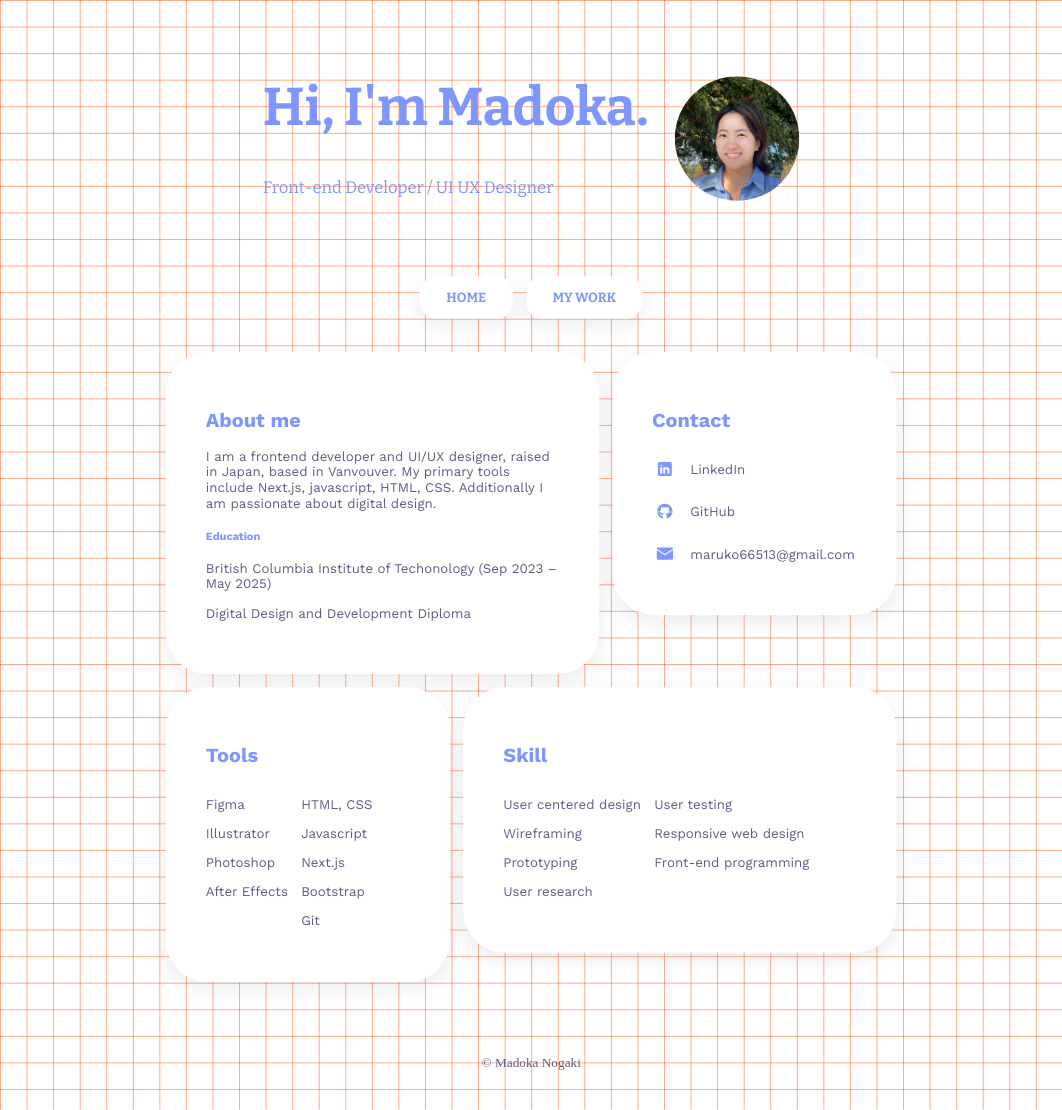
Repository: ohmaruko/portfolio
Page: /
The author's editor kept a copy of each file at every save. The page is drawn from the files as they stood at one save, then again after a run of saves.
The browser window is 1280 px wide. The pictures show the whole page, at 83% of full size.
The project was rebuilt for these pictures with package versions that can differ from the ones it lists, and the page was loaded fresh each time. The framework's server and built-in components were replaced by stand-ins that run in the browser. Also part of the build but not shown: next.config.mjs.

Above is the page before, as saved 2024-02-19 00:11:54.

### pages/index.js

import styles from '../styles/Home.module.css'
import Header from '@/components/Header'
import Footer from '@/components/Footer'
import Box from '@/components/Box'
import { Open_Sans } from 'next/font/google'
import { Bitter } from 'next/font/google'
import { Work_Sans } from 'next/font/google'

const openSans = Open_Sans ({subsets: ['latin']})
const bitter = Bitter ({subsets: ['latin']})
const workSans = Work_Sans ({subsets: ['latin']})

export default function Home() {
  return (
    <>

      <head>
        <title>Madoka Nogaki Portfolio</title>
        <meta name="description" content="Portfolio page" />
        <meta name="viewport" content="width=device-width, initial-scale=1" />
        <link rel="icon" href="/favicon.ico" />
      </head>

      <div className={styles.container}>
        <Header className={styles.header}/>

        <main  className={`${styles.outerContainer}, ${workSans.className}`}>
          <div className={styles.outerContainer}>
              <div className={styles.box1}>
                <Box title="About me" content={
                  <div>
                    <p>
                    I am a frontend developer and UI/UX designer, raised in Japan, based in Vanvouver.
                    My primary tools include Next.js, javascript, HTML, CSS.
                    Additionally I am passionate about digital design.</p>
                    <h5>Education</h5>
                    <p>British Columbia Institute of Techonology (Sep 2023 – May 2025)</p>
                    <p>Digital Design and Development Diploma</p>
                  </div>
                }/>
              </div>
              <div className={styles.box2}>
                <Box
                  title="Contact"
                  content={
                    <>
                      <div>
                        <a href='https://www.linkedin.com/in/madoka-nogaki-a0b130296/' className={styles.link}>
                          <svg className={styles.logo} xmlns="http://www.w3.org/2000/svg" x="0px" y="0px" width="20" height="20" viewBox="0 0 50 50">
                            <path d="M41,4H9C6.24,4,4,6.24,4,9v32c0,2.76,2.24,5,5,5h32c2.76,0,5-2.24,5-5V9C46,6.24,43.76,4,41,4z M17,20v19h-6V20H17z M11,14.47c0-1.4,1.2-2.47,3-2.47s2.93,1.07,3,2.47c0,1.4-1.12,2.53-3,2.53C12.2,17,11,15.87,11,14.47z M39,39h-6c0,0,0-9.26,0-10 c0-2-1-4-3.5-4.04h-0.08C27,24.96,26,27.02,26,29c0,0.91,0,10,0,10h-6V20h6v2.56c0,0,1.93-2.56,5.81-2.56 c3.97,0,7.19,2.73,7.19,8.26V39z"></path>
                          </svg>
                          <p>LinkedIn</p>
                        </a>
                      </div>
                      <div>
                        <a href='https://github.com/ohmaruko' className={styles.link}>
                          <svg className={styles.logo} xmlns="http://www.w3.org/2000/svg" x="0px" y="0px" width="20" height="20" viewBox="0 0 50 50">
                            <path d="M17.791,46.836C18.502,46.53,19,45.823,19,45v-5.4c0-0.197,0.016-0.402,0.041-0.61C19.027,38.994,19.014,38.997,19,39 c0,0-3,0-3.6,0c-1.5,0-2.8-0.6-3.4-1.8c-0.7-1.3-1-3.5-2.8-4.7C8.9,32.3,9.1,32,9.7,32c0.6,0.1,1.9,0.9,2.7,2c0.9,1.1,1.8,2,3.4,2 c2.487,0,3.82-0.125,4.622-0.555C21.356,34.056,22.649,33,24,33v-0.025c-5.668-0.182-9.289-2.066-10.975-4.975 c-3.665,0.042-6.856,0.405-8.677,0.707c-0.058-0.327-0.108-0.656-0.151-0.987c1.797-0.296,4.843-0.647,8.345-0.714 c-0.112-0.276-0.209-0.559-0.291-0.849c-3.511-0.178-6.541-0.039-8.187,0.097c-0.02-0.332-0.047-0.663-0.051-0.999 c1.649-0.135,4.597-0.27,8.018-0.111c-0.079-0.5-0.13-1.011-0.13-1.543c0-1.7,0.6-3.5,1.7-5c-0.5-1.7-1.2-5.3,0.2-6.6 c2.7,0,4.6,1.3,5.5,2.1C21,13.4,22.9,13,25,13s4,0.4,5.6,1.1c0.9-0.8,2.8-2.1,5.5-2.1c1.5,1.4,0.7,5,0.2,6.6c1.1,1.5,1.7,3.2,1.6,5 c0,0.484-0.045,0.951-0.11,1.409c3.499-0.172,6.527-0.034,8.204,0.102c-0.002,0.337-0.033,0.666-0.051,0.999 c-1.671-0.138-4.775-0.28-8.359-0.089c-0.089,0.336-0.197,0.663-0.325,0.98c3.546,0.046,6.665,0.389,8.548,0.689 c-0.043,0.332-0.093,0.661-0.151,0.987c-1.912-0.306-5.171-0.664-8.879-0.682C35.112,30.873,31.557,32.75,26,32.969V33 c2.6,0,5,3.9,5,6.6V45c0,0.823,0.498,1.53,1.209,1.836C41.37,43.804,48,35.164,48,25C48,12.318,37.683,2,25,2S2,12.318,2,25 C2,35.164,8.63,43.804,17.791,46.836z"></path>
                          </svg>
                          <p>GitHub</p>
                        </a>
                      </div>
                      <div>
                        <div href='' className={styles.link}>
                          <svg className={styles.logo} xmlns="http://www.w3.org/2000/svg" viewBox="0 0 128 96" id="email" width="20" height="20"><g data-name="Layer 2">
                            <path d="M0 11.283V8a8 8 0 0 1 8-8h112a8 8 0 0 1 8 8v3.283l-64 40zm66.12 48.11a4.004 4.004 0 0 1-4.24 0L0 20.717V88a8 8 0 0 0 8 8h112a8 8 0 0 0 8-8V20.717z">
                            </path></g>
                          </svg>
                          <p>maruko66513@gmail.com</p>
                        </div>
                      </div>
                    </>
                  }
                />
              </div>
              <div className={styles.box2}>
                  <Box title="Tools" content={
                    <div className={styles.skill}>
                      <div>
                        <p>Figma</p>
                        <p>Illustrator</p>
                        <p>Photoshop</p>
                        <p>After Effects</p>
                        </div>
                      <div>
                        <p>HTML, CSS</p>
                        <p>Javascript</p>
                        <p>Next.js</p>
                        <p>Bootstrap</p>
                        <p>Git</p>
                      </div>
                    </div>
                  }/>
                </div>
              <div className={styles.box1}>
                 <Box title="Skill" content={
                  <div className={styles.skill}>
                    <div>
                      <p>User centered design</p>
                      <p>Wireframing</p>
                      <p>Prototyping</p>
                      <p>User research</p>
                    </div>
                    <div>
                      <p>User testing</p>
                      <p>Responsive web design</p>
                      <p>Front-end programming</p>
                    </div>
                  </div>
                 }/>
              </div>
          </div>
        </main>

        <div className={styles.footer}>
          <Footer />
        </div>
      </div>

    </>
  )
}

### styles/globals.css
:root {
  --orange: #FF5714;
  --light-orange: rgba(255, 87, 20, 0.5);
  --blue: #7F96FF;
  --white: #fff;
  --light-yellow: #FFF6E5;
  --text: #5e5e83;
  color: var(--blue);
}

body {
  margin: 0;
  background-image:
    linear-gradient(to right, var(--light-orange) 1px, transparent 1px),
    linear-gradient(to bottom, var(--light-orange) 1px, transparent 1px);
  background-size: 2em 2em;
  background-color: var(--white);
}
h1 {
  font-size: 64px;
}
h2 {
  font-size: 24px;
}
h6 {
  font-size: 20px;
}
p {
  color: var(--text);
  font-size: 16px;
}
@media (max-width: 820px){
  h1 {
    font-size: 36px;
  }
  h2 {
    font-size: 20px;
  }
  h6 {
    font-size: 16px;
  }
  p {
    font-size: 14px;
  }
}

### styles/Home.module.css
.container {
  display: flex;
  flex-direction: column;
  align-items: center;
  min-height: 100vh;
  width: 100%;
}
/* .header {
  width: 70%;
} */
.outerContainer {
  display: flex;
  flex-wrap: wrap;
  width: 70%;
  justify-content: center;
  margin: 2em auto;
}
.box1 {
  width: 60%;
}
.box2 {
  width: 40%;
}
.link {
  text-decoration: none;
  color: var(--text);
  display: flex;
  align-items: center;
  gap: 1rem;
}
.logo {
  fill: var(--blue);
  padding: 5px;
  border-radius: 10px;
}
.link:hover .logo{
  background-color: var(--blue);
  fill: var(--white);
}
.skill {
  display: flex;
  gap: 1rem;
}
.footer {
  margin: 2rem;
}
.works {
  margin: 2rem;
  width: 70%;
  display: flex;
  flex-wrap: wrap;
  justify-content: center;
}
.donuts {
  width: 70%;
}
.ads {
  display: flex;
  flex-wrap: wrap;
  justify-content: center;
  gap: 1rem;
}
.logoContainer {
  display: flex;
  flex-direction: column;
}
.logoInner{
  display: flex;
  justify-content: space-evenly;
}
.film {
  width: 70%;
}
.film a{
  text-decoration: none;
  color: var(--blue);
}
.filmAdsContainer {
  display: flex;
  flex-wrap: wrap;
  justify-content: center;
}
.filmAds {
  width: 500px;
  height: 500px;
  position: relative;
}
.meditation {
  width: 70%;
}
.heart {
  width: 200px;
  height: 200px;
  position: relative;
  margin: 0 auto;
}
.meditation video {
  width: 100%;
  height: auto;
}

/* mobile */
@media (max-width: 820px){
  .box1 {
    flex-basis: 100%;
  }
  .box2 {
    flex-basis: 100%;
  }
  .outerContainer {
    width: 90%;
  }
  .donuts {
    width: 90%;
  }
  .hair {
    width: 90%;
  }
  .film {
    width: 90%;
  }
  .filmAds {
    width: 250px;
    height: 250px;
  }
  .meditation {
    width: 90%;
  }
}

### components/Header/index.js
import styles from './Header.module.css'
import Image from 'next/image'
import Link from 'next/link'
import { Bitter } from 'next/font/google'
import { Work_Sans } from 'next/font/google'
const bitter = Bitter ({subsets: ['latin']})

export default function Header() {
    return (
        <header className={`${styles.header}, ${bitter.className}`}>
            <div className={styles.banner}>
                <div>
                    <h1>Hi, I'm Madoka.</h1>
                    <h6 style={{fontWeight: 400}}>Front-end Developer / UI UX Designer</h6>
                </div>
                <Image src="/images/profile.png" alt="profile image" width={150} height={150} className={styles.img} />
            </div>
            <div className={styles.menu}>
                <Link href='/'>HOME</Link>
                <Link href='/works'>MY WORK</Link>
            </div>
        </header>

    )
}

### components/Footer/index.js
import styles from "./Footer.module.css"

export default function Footer() {
    return (
        <>
            <p>&copy; Madoka Nogaki</p>
        </>
    )
}

### components/Box/index.js
import styles from "./Box.module.css"

export default function Box({
    title,
    content,
}) {
    return (
        <div className={styles.box} style={{}}>
            <h2 style={{color: "var(--blue)"}}>{title}</h2>
            {content}
        </div>
    )
}

### components/Header/Header.module.css
.header {
    width: 100%;
}
.banner {
    font-size: 2em;
    color: var(--blue);
    display: flex;
    justify-content: center;
    align-items: center;
    gap: 2rem;
    margin: 3rem 0;
}
.img {
    border-radius: 50%;
}
.menu {
    display: flex;
    justify-content: center;
    gap: 1rem;
}
.menu a {
    text-decoration: none;
    color: var(--blue);
    font-weight: bold;
    background-color: var(--white);
    box-shadow: rgba(149, 157, 165, 0.2) 0px 8px 24px;
    border-radius: 20px;
    padding: 1rem 2rem;
}
.menu a:hover {
    background-color: var(--blue);
    color: var(--white);
}

@media (max-width: 820px){
    .banner{
        display: flex;
        flex-direction: column;
        margin: 2rem 1rem;
        text-align: center;
        gap: 0;
    }
}

### components/Box/Box.module.css
.box {
    background-color: var(--white);
    padding: 3em;
    margin: 0.5em;
    border-radius: 50px;
    box-shadow: rgba(149, 157, 165, 0.2) 0px 8px 24px;
}

Loaded but not shown: pages/_app.js (common file); pages/_document.js (common file); components/Footer/Footer.module.css (no stored copy; drawn as an empty file)

After the next 4 saves:
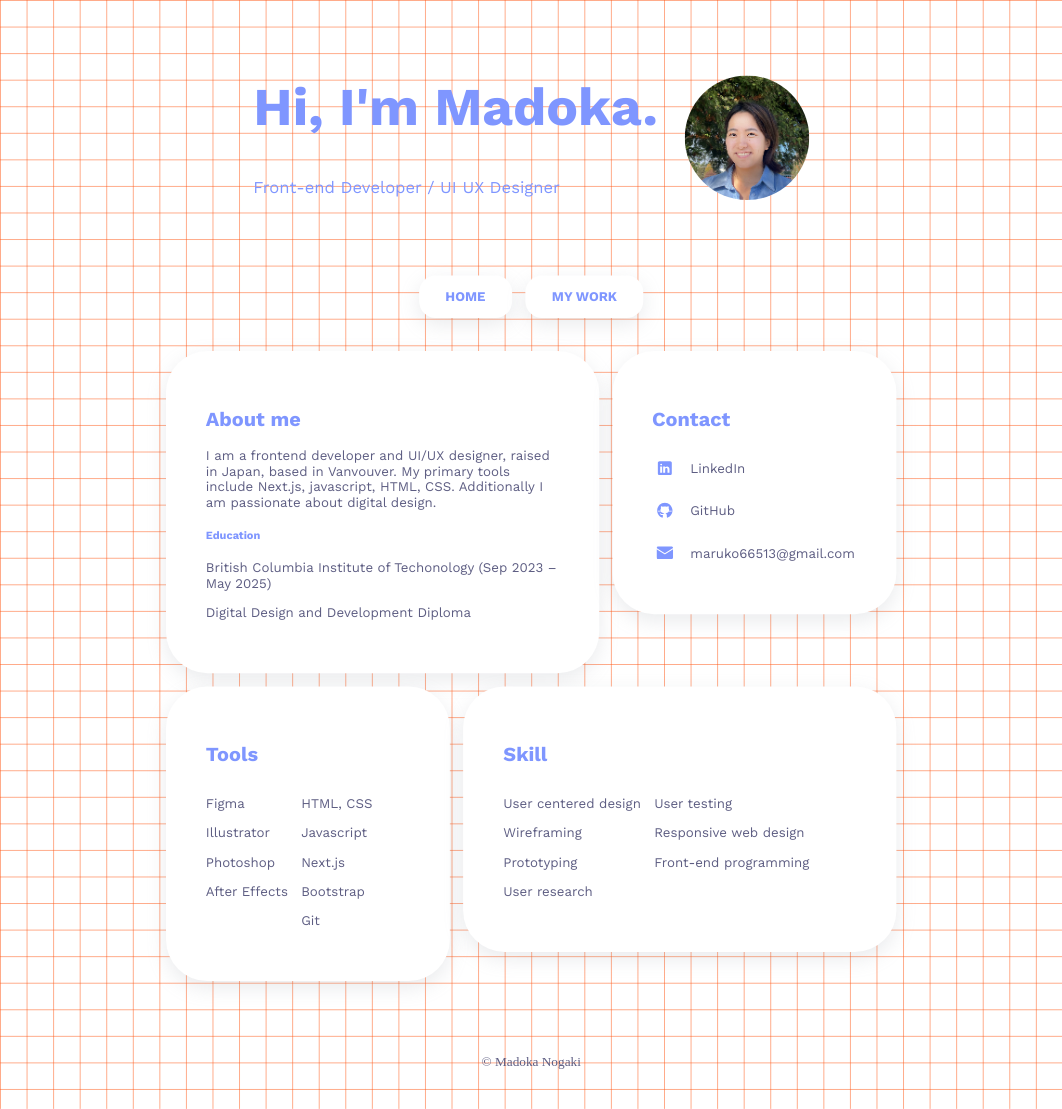
The 4 saves are shown as one change because 1 did not build or start and some came seconds apart.
The last was saved 14 s later.
--- a/components/Header/index.js
+++ b/components/Header/index.js
@@ -3,11 +3,11 @@
 import Link from 'next/link'
 import { Bitter } from 'next/font/google'
 import { Work_Sans } from 'next/font/google'
-const bitter = Bitter ({subsets: ['latin']})
+const workSans = Work_Sans ({subsets: ['latin']})
 
 export default function Header() {
     return (
-        <header className={`${styles.header}, ${bitter.className}`}>
+        <header className={`${styles.header}, ${workSans.className}`}>
             <div className={styles.banner}>
                 <div>
                     <h1>Hi, I'm Madoka.</h1>
